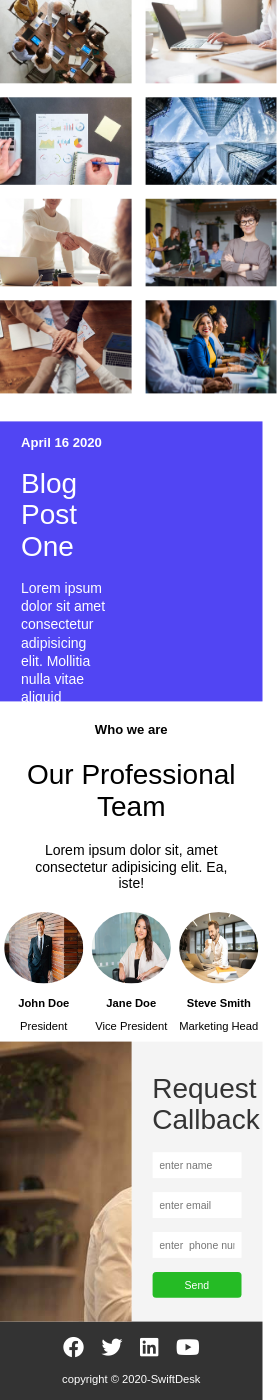
Repository: reemoon-ctrl/swiftdisk-Website-Flexbox
Page: index.html
The author's editor kept a copy of each file at every save. The page is drawn from the files as they stood at one save, then again after the next save.
The browser window is 375 px wide. The page is 395 px wide, so the pictures cover 395 px, including what lies to the right of the window. The pictures show the part of the page from y = 2630 to 4870 px (the page is 4630 px tall before and 4870 px after), at 70% of full size.
Some web fonts or font styles are not loaded; a fallback is used.

Above is the page before, as saved 2024-07-28 10:19:46.

### index.html
<!DOCTYPE html>
<html lang="en">
<head>
    <meta charset="UTF-8">
    <meta name="viewport" content="width=device-width, initial-scale=1.0">
    <title>
        Swift Desk
    </title>
    <link rel="stylesheet" href="https://cdnjs.cloudflare.com/ajax/libs/pretendard-gov/1.3.9/variable/pretendardvariable-gov.css" integrity="sha512-8+hQBaMPOtCpDlrIo2m0mrtjxkbHDG7Qn6+ftvl8QmG21EGNQTP8Qi76h2VgHyol77soXLVZuuZDX953JC10hw==" crossorigin="anonymous" referrerpolicy="no-referrer" />
    <link rel="stylesheet" href="https://cdnjs.cloudflare.com/ajax/libs/font-awesome/6.0.0-beta3/css/all.min.css">

    <link rel="stylesheet" href="index.css">
    <link rel="stylesheet" href="media.css">
</head>
<body>
    <div class="show-case">
        <header>
            <div class="nav-bar">
                <div class="title-bar">
                    <i class="fas fa-desktop fa-2x" style="color: rgb(37, 187, 37)"></i>
                    <h1 class="title"><span class="fword"> Swift</span>Desk</h1>
                </div>
                <div class="link-bar">
                    <a href="index.html">Home</a>
                    <a href="#about">About</a>
                    <a href="#cases">Cases</a>
                    <a href="#blog">Blog</a>
                    <a href="#contact">Contact</a>
                </div>
            </div>
        </header>
        <header class="hd-content">
            <h1>The Sky Is The Limit</h1>
            <p>We provide world class financial assistance
            </p>
            <a href=""><i class="fas fa-chevron-right "></i> Read More</a>

        </header>

    </div>
    <main>
        <div class="about-section">
            <ul id="about"class="about-srvice" >
                <li><i class="fas fa-university " ></i>
                    <h3>Portfolio Manager</h3>
                    <p>Lorem ipsum dolor sit, amet consectetur
                         adipisicing elit. Voluptate, voluptas!</p>
                </li>
                <li><i class="fas fa-book-open-reader " ></i>
                    <h3>Portfolio Manager</h3>
                    <p>Lorem ipsum dolor sit, amet consectetur
                         adipisicing elit. Voluptate, voluptas!</p></li>
                <li><i class="fas fa-pen-fancy " ></i>
                    <h3>Tax&Custodial</h3>
                    <p>Lorem ipsum dolor sit, amet consectetur
                         adipisicing elit. Voluptate, voluptas!</p></li>
            </ul>
        </div>
        <div>
            <div class="solutions">
                <div class="img"></div>
                <div class="solution-content">
                    <h3>What you are looking for</h3>
                    <h2>We provide bespoke solutions</h2>
                    <p>Lorem ipsum dolor sit amet consectetur
                        adipisicing elit. Mollitia nulla vitae aliquid voluptates placeat! Rem voluptatibus odit error labore! Nostrum, fuga tenetur. Doloribus, voluptas! Sed
                        fugiat explicabo perspiciatis velit ad?</p>
                    <a href="index.html">Read More</a>
                 </div>
            </div>
        </div>
        <div class="Business-case" id="cases">
            <div class="Business-case-content">
                <h3>This is what we do</h3>
                <h2>Business Cases</h2>
                <p>Lorem ipsum dolor sit, amet consectetur
                     adipisicing elit. Ea, iste!</p>
            </div>
            <div class="BC-image">
                <img class="BCimg BCimg1" src="/img/cases/cases1.jpg" alt="">
                <img  class="BCimg BCimg2" src="/img/cases/cases2.jpg" alt="">
                <img class="BCimg BCimg3" src="/img/cases/cases3.jpg" alt="">
                <img class="BCimg BCimg4" src="/img/cases/cases4.jpg" alt="">
                <img class="BCimg BCimg5" src="/img/cases/cases5.jpg" alt="">
                <img class="BCimg BCimg6" src="/img/cases/cases6.jpg" alt="">
                <img class="BCimg BCimg7" src="/img/cases/cases7.jpg" alt="">
                <img class="BCimg BCimg8" src="/img/cases/cases8.jpg" alt="">
            </div>
        </div>

        <div>
            <div class="blog" id="blog">
                <div class="img"></div>
                <div class="blog-content">
                    <h3>April 16 2020</h3>
                    <h2>Blog Post One</h2>
                    <p>Lorem ipsum dolor sit amet consectetur
                        adipisicing elit. Mollitia nulla vitae aliquid voluptates placeat! Rem voluptatibus odit error labore! Nostrum, fuga tenetur. Doloribus, voluptas! Sed
                        fugiat explicabo perspiciatis velit ad?</p>
                    <a href="blog.html">Read Our Blog</a>
                 </div>
            </div>
        </div>
        <div class="Business-case">
            <div class="Business-case-content">
                <h3>Who we are</h3>
                <h2>Our Professional Team</h2>
                <p>Lorem ipsum dolor sit, amet consectetur
                     adipisicing elit. Ea, iste!</p>
            </div>
            <div class="our-team">
                <ul class="team-image">
                    <li><img  class="tmimg tm-img1" src="/img/team/person1.jpg" alt=""><h4>John Doe</h4><p>President</p></li>
                    <li><img  class="tmimg tm-img2" src="/img/team/person2.jpg" alt=""><h4>Jane Doe</h4><p>Vice President</p></li>
                    <li><img class="tmimg tm-img3" src="/img/team/person3.jpg" alt=""><h4>Steve Smith</h4><p>Marketing Head</p></li>
                </ul>
            </div>
        </div>
        <div>
            <div class="request" id="contact">
                <div class="img"></div>
                <div class="form-content">
                    <h2>Request Callback</h2>
                    <form class="requwst-form"action="">
                        <input type="text" name="name" id="name" placeholder="enter name">
                        <input type="email" name="Email" id="Email" placeholder="enter email">
                        <input type="tel" name="phone" id="phone" placeholder="enter  phone number">
                        <input type="submit" value="Send" id="submit">
                    </form>


                 </div>

            </div>
        </div>

    </main>
    <footer>
        <ul class="footer-icon">
            <li><a href=""><i class="fa-brands fa-facebook"></i></a></li>
            <li><a href=""><i class="fa-brands fa-twitter"></i></a></li>
            <li><a href=""><i class="fa-brands fa-linkedin"></i></a></li>
            <li><a href=""><i class="fa-brands fa-youtube"></i></a></li>
        </ul>
        <p>copyright &copy; 2020-SwiftDesk</p>
    </footer>



</body>
</html>

### index.css
@import url('https://fonts.googleapis.com/css2?family=Open+Sans:ital,wght@0,300..800;1,300..800&family=Poppins:ital,wght@0,100;0,200;0,300;0,400;0,500;0,600;0,700;0,800;0,900;1,100;1,200;1,300;1,400;1,500;1,600;1,700;1,800;1,900&display=swap');


*{
    box-sizing: border-box;
    margin: 0;
    padding: 0;
}

body{
    font-family: 'Open Sans ', sans-serif;
}
h1,h2{
    font-weight: 300;
}
.nav-bar{
    display: flex;
    justify-content:space-between ;
    padding: 20px 20px;
    color:#fff;
    background-color: #333333cd;
    position: fixed;
    top: 0px;
    height:70px;
    width:100vw;
}
.title-bar{
    align-items: center;
    flex-grow: 1;
    display: flex;
    gap:.5rem;


}
.title-bar h1{
    display:inline-block;
    font-size:2.5rem;
    font-weight: 400;
}

.link-bar{

    /* flex-grow:1 ; */
    align-self: center;
    display: flex;
}
.link-bar a{
    padding: 23.5px 20px;
    color:#fff;
    text-decoration: none;


}
.link-bar a:hover{
    border-bottom: 2px #25bb25 solid;
}
.fword{
    color:#25bb25;
}
.show-case{
   height:100vh;
   text-align: center;
   color:#fff;
   position: relative;
   background:  url('img/home/showcase.jpg') no-repeat center center/cover;
}
.show-case *{
    z-index: 10;
}
.show-case::before{
    content:'';
    position: absolute;
    background: hsla(0%, 0%, 0%, 0.5);
    left: 0;
    top:0;
    width: 100%;
    height:100%;
}
.hd-content{
    padding-top: 18rem;
}
.hd-content h1{
    font-size: 3rem;
}
.hd-content p{
    font-size: 1.5rem;
    padding-top: .8rem;
    padding-bottom: .8rem;
}
.hd-content a{
    color: #fff;
    background:#45c745 ;
    padding: 10px 30px;
    border-radius: 5px;
    text-decoration: none;
    text-align: center;
    display: inline-block;
}
.about-section ul{
    display: flex;
    list-style: none;
    gap: 20px;

}
.about-srvice{
    padding: 50px ;
}
.about-srvice li{
    text-align: center;
}
.about-srvice li i{
    background-color: rgb(69, 199, 69);
    color:#fff;
    width:70px;
    height: 70px;
    border-radius: 70px;
    font-size: 40px;
    padding-top:15px ;


}
.about-srvice li h3{
    padding-top: 20px;
}
.about-srvice li p{
    padding-top: 20px;
    padding-bottom: 30px;
    font-size: 20px;
    color: dimgrey;
}

.solutions{
    display:flex;
    background: #45c745;

}
.solutions .img{
    width:50%;
    background: url('/img/home/people.jpg') center center/cover no-repeat;

}
.solution-content{
    color:#fff;
    padding:20px 30px;
    height:25rem;
    width: 50%;
}
.solution-content h2{
    font-size: 40px;
    font-weight: 500;
    padding: 1.5rem 0px;
}
.solution-content p{
    font-size: 20px;
    line-height: 1.3;
    margin-bottom: 20px;
}
.solution-content a{
    padding: 10px 40px;
    border: 1px solid;
    color:#fff;
    text-decoration: none;
    border-radius: 5px;
    font-size: 18px;
    display: inline-block;

}
.Business-case{
    width: 100vw;
}
.Business-case-content{
    text-align: center;
    padding-left: 30px;
    padding-right: 30px;
}
.Business-case-content h3{
    padding: 30px 0px;
}
.Business-case-content h2{
   padding-bottom: 30px;
    font-size: 40px;
    font-weight: 500;
}
.Business-case-content p{
    padding-bottom: 30px;
    font-size: 20px;
}
.BC-image{
    display: grid;
    grid-template-columns:25% 25% 25% 25%;
   gap: 20px;
   padding: 40px 0px;
}
.BCimg{
    width: 100%;
    height:100%;
    object-fit: cover;


}
.BCimg:hover{
    opacity: 0.7;
}
/* //////////////////////////////////// */
.blog{
    display:flex;
    background: #5145f3;
    flex-direction: row-reverse;

}
.img{
    width:50%;
    background: url('/img/home/blog.jpg') center center/cover no-repeat;

}
.blog-content{
    color:#fff;
    padding:20px 30px;
}
.blog-content{
    height:25rem;
    width: 50%;
}
.blog-content h2{
    font-size: 40px;
    font-weight: 500;
    padding: 1.5rem 0px;
}
.blog-content p{
    font-size: 20px;
    line-height: 1.3;
    margin-bottom: 20px;
}
.blog-content a{
    padding: 10px 40px;
    border: 1px solid;
    color:#fff;
    text-decoration: none;
    border-radius: 5px;
    font-size: 18px;

}
.our-team{
    padding-bottom: 40px;
}
.team-image{
    display: flex;
    justify-content: space-around;
    width: 100vw;
    list-style: none;
    text-align: center;

}
.team-image li h4{
    padding: 15px;
}
.tmimg{
    width: 90%;
    height:70%;
    border-radius: 70%;

}
.request{
    display: flex;
    background-color: #f4f4f4;
}
.request .img{
    background: url(/img/home/contact.jpg);
}
.form-content{
    color:#333;
    padding:20px 30px;
    height:25rem;
    width: 50%;
}
.form-content h2{
    color:#333;
    font-size: 40px;
    font-weight: 500;
    padding: 1.5rem 0px;
    font-weight:lighter;
}
.requwst-form{
    display: flex;
    flex-direction: column;
    gap :20px;

}
.requwst-form input{
border: #ddd;
color: #333;
font-size: 15px;
padding: 10px;
}
.requwst-form input:focus{
    outline-color:#25bb25 ;
}
.requwst-form input[type=submit]{
    background: #25bb25;
    color:#fff;
    cursor: pointer;
    border-radius: 5px;


}
.requwst-form input[type=submit]:hover{
    background-color: #6de66d;

}
footer{
    background: #333;
    padding: 20px ;
}
.footer-icon{
    display: flex;
    align-items: center;
    justify-content: center;
    gap:25px;
}
.footer-icon li{
    list-style: none;
}
.footer-icon li a{
    color: #fff;
    font-size: 30px;
}
.footer-icon li a:hover{
    color: #45c745;
}

footer p{
    text-align: center;
    color: #fff;
    padding-top: 20px;

}
/* //////////blog page//////////////// */
#blog-case{
    height:fit-content;
    text-align: center;
    color:#fff;
    background:  url('img/home/blog.jpg') no-repeat center center/cover ;
 }
.blog-h1{
    font-size: 70px;
    font-weight: 400;
    padding-bottom: 50px;

 }
 .blog-light{
    display:flex;
    background: #fff;
    flex-direction: row-reverse;

}
.img-light{
    width:50%;
    background: url('/img/blog/blog1.jpg') center center/cover no-repeat;

}
.blog-content-light{
    color:#333;
    padding:20px 30px;
    height:25rem;
    width: 50%;
}
.blog-content-light h2{
    font-size: 40px;
    font-weight: 500;
    padding: .4rem 0px;
}
.blog-content-light h3{
    padding-bottom: 1.7rem;
}
.blog-content-light p{
    font-size: 20px;
    line-height: 1.3;
    margin-bottom: 20px;
}
.blog-content-light a{
    padding: 10px 30px;
    border: 1px solid;
    color:#fff;
    background-color: #333;
    text-decoration: none;
    border-radius: 5px;
    font-size: 18px;

}
.blog-dark{
    display:flex;
    background: #333;
    flex-direction: row-reverse;

}
.img-dark{
    width:50%;
    background: url('/img/blog/blog2.jpg') center center/cover no-repeat;

}
.blog-content-dark{
    color:#fff;
    padding:20px 30px;
    height:25rem;
    width: 50%;
}
.blog-content-dark h2{
    font-size: 40px;
    font-weight: 500;
    padding: .4rem 0px;
}
.blog-content-dark h3{
    padding-bottom: 1.7rem;
    font-weight:normal;
}
.blog-content-dark p{
    font-size: 20px;
    line-height: 1.3;
    margin-bottom: 20px;
}
.blog-content-dark a{
    padding: 10px 30px;
    border: 1px solid;
    color:#333;
    background-color: #fff;
    text-decoration: none;
    border-radius: 5px;
    font-size: 18px;

}
.last-blog .img-light{
    width:50%;
    background: url('/img/blog/blog3.jpg') center center/cover no-repeat;

}
.author{
    font-weight: 700;
}

### media.css
@media screen and (max-width:500px){
    .nav-bar{
        flex-direction: column;
        height:140px;
        justify-content: center;
        align-items: center;

    }
    .hd-content{
        padding-top: 15rem;
    }
    .hd-content h1{
        font-size: 1.5rem;
    }
    .hd-content p{
        font-size: .7rem;
        padding-top: .8rem;
        padding-bottom: .8rem;
    }
    .about-section ul{
        flex-direction: column;
    }
    .solutions{
        flex-direction: column;
    }
    .solutions .img{
        width:100%;
        height: 25rem;
    }
    .solution-content{
        width:100%;
        height: 100%;
    }
    .solution-content h2{
        font-size: 20px;
    }
    .solution-content p{
        font-size: 15px;
        line-height:1.1 ;
    }
    .BC-image{
        grid-template-columns:50% 50%;
    }
    .blog{
        flex-direction: column;
    }
    .img{
        width:100% ;
        height: ;
    }

}

After the next save:
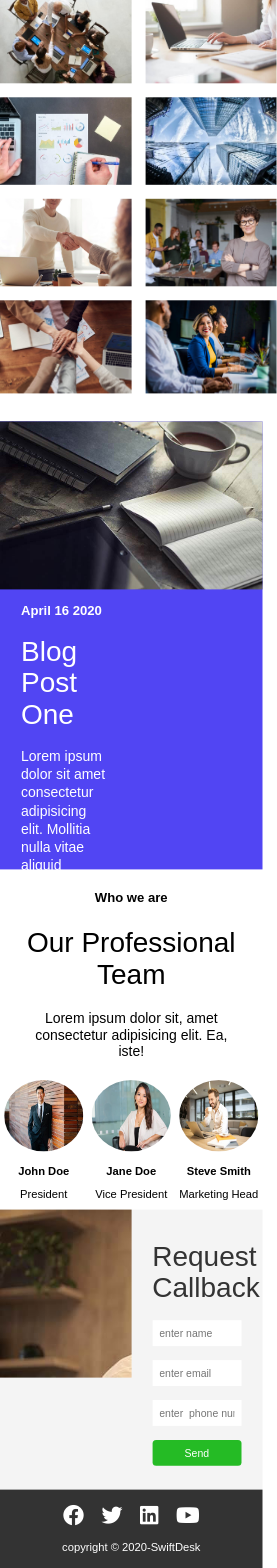
Saved 4 s later.
--- a/media.css
+++ b/media.css
@@ -46,7 +46,7 @@
     }
     .img{
         width:100% ;
-        height: ;
+        height: 15rem;
     }
 
 }
